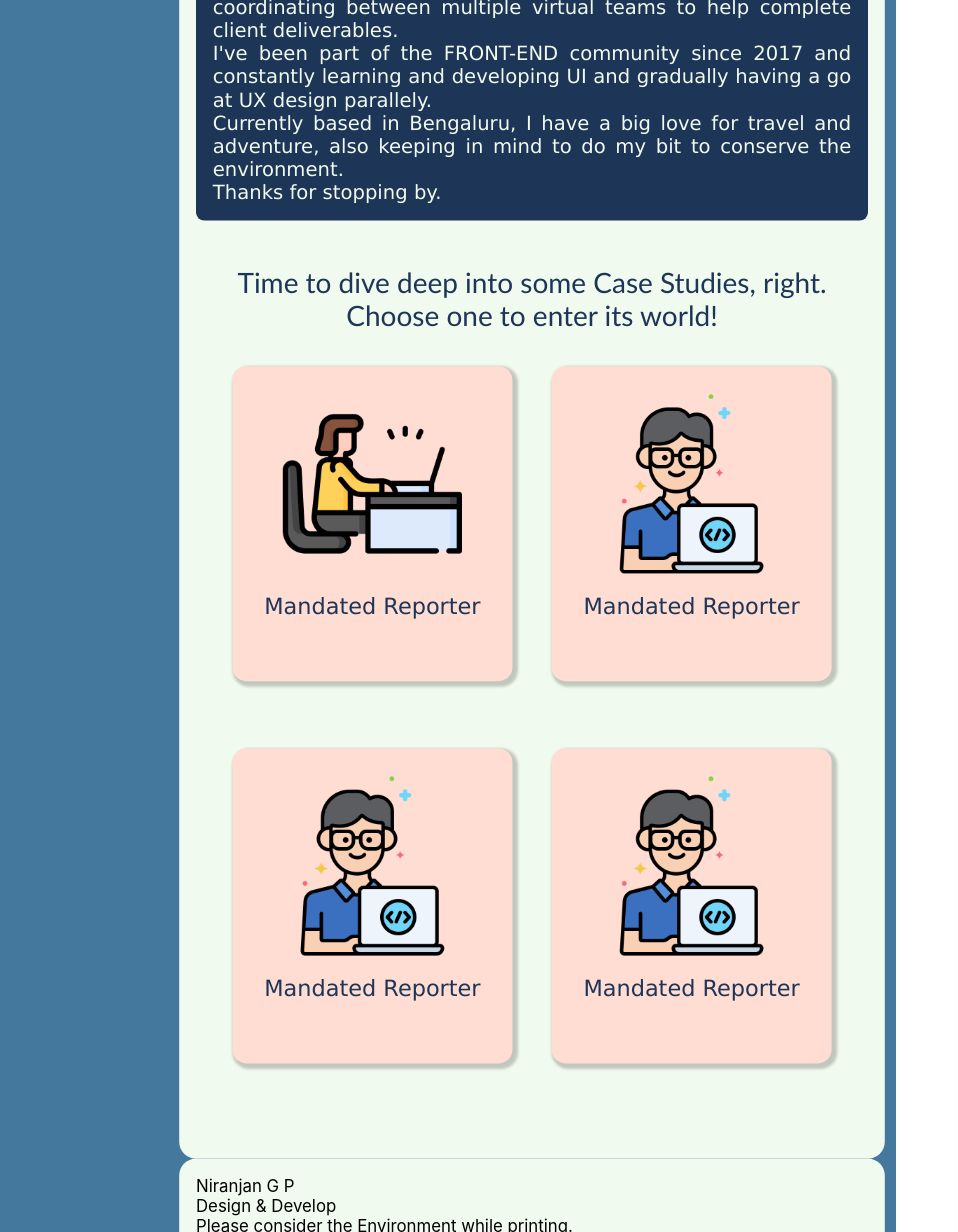
Repository: niranjangp/portfolioReact
Page: /
An editor plug-in stored every save of this project. The page is shown before and after the next save, followed by the edit.
The browser window is 1280 px wide. The page is 1368 px wide, so the pictures cover 1368 px, including what lies to the right of the window. The pictures show the part of the page from y = 773 to 2533 px (the page is 2583 px tall), at 70% of full size.
The project was rebuilt for these pictures with package versions that can differ from the ones it lists, and the page was loaded fresh each time. Also part of the build but not shown: src/pages/csOne.jsx, src/pages/notFound.jsx.

Above is the page before, as saved 2022-02-01 00:28:51.

After the next save:
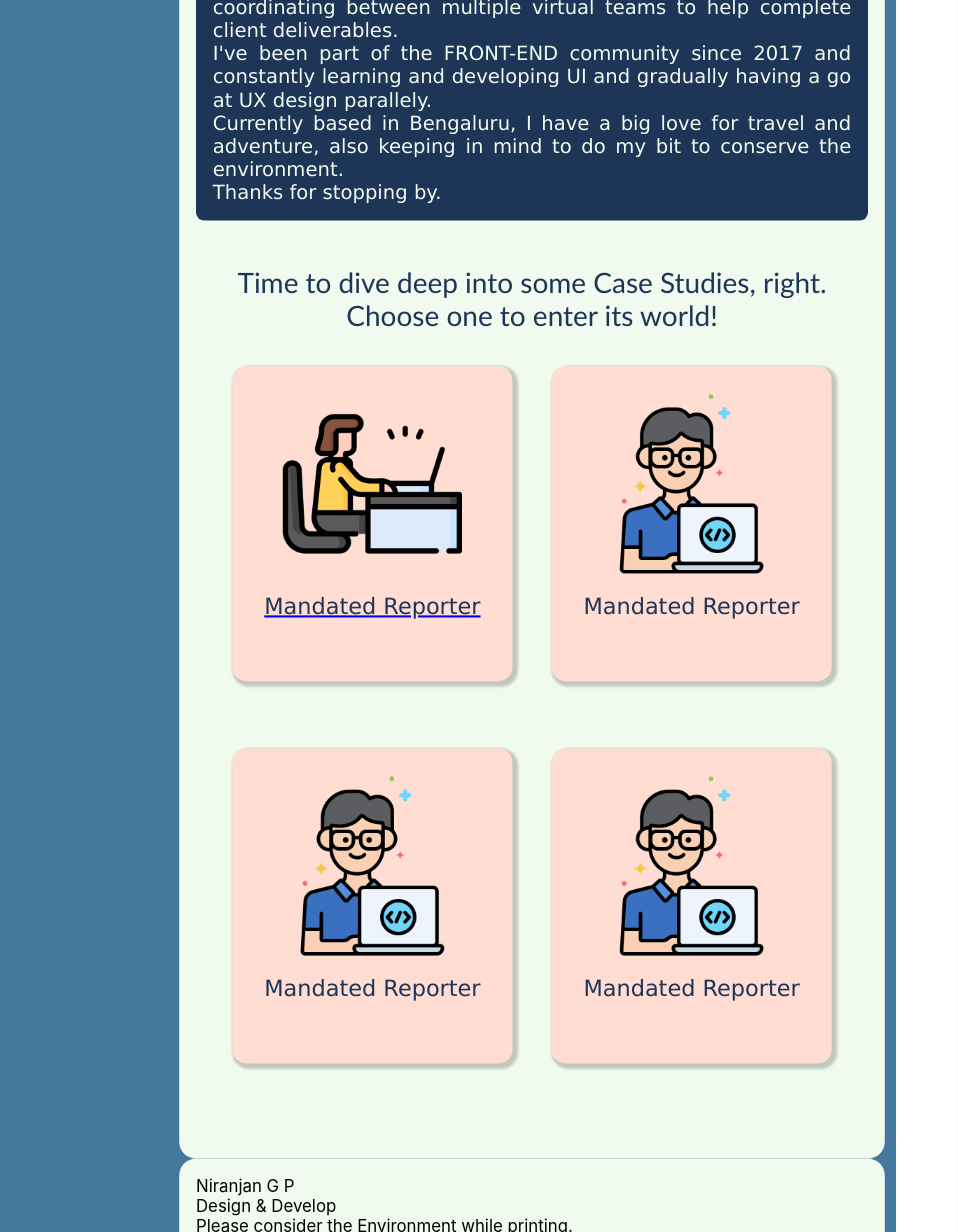
Saved 2 min 10 s later.
--- a/src/pages/enterDesign.jsx
+++ b/src/pages/enterDesign.jsx
@@ -1,6 +1,8 @@
 import React from 'react';
 import Icons from '../assets/programmer.png';
 import WorkingIcon from '../assets/working.png';
+import { Link } from 'react-router-dom';
+
 
 const enterDesign = () => {
     const avatarIcon = Icons;
@@ -36,10 +38,12 @@ const enterDesign = () => {
                     <p>Choose one to enter its world!</p>
                 </div>
                 <div className='card-box'>
-                    <div className="card" onClick={navtoCardDet} id="">
-                        <img src={WorkingIcon} alt="card-icon" className='card-icon' />
-                        <p>Mandated Reporter</p>
-                        {/*<p>Click to Enter!!!</p>*/}
+                    <div className="card">
+                        <Link to="/cs-one">
+                            <img src={WorkingIcon} alt="card-icon" className='card-icon' />
+                            <p>Mandated Reporter</p>
+                            {/*<p>Click to Enter!!!</p>*/}
+                        </Link>
                     </div>
                 </div>
                 <div className='card-box'>

After the save that followed:
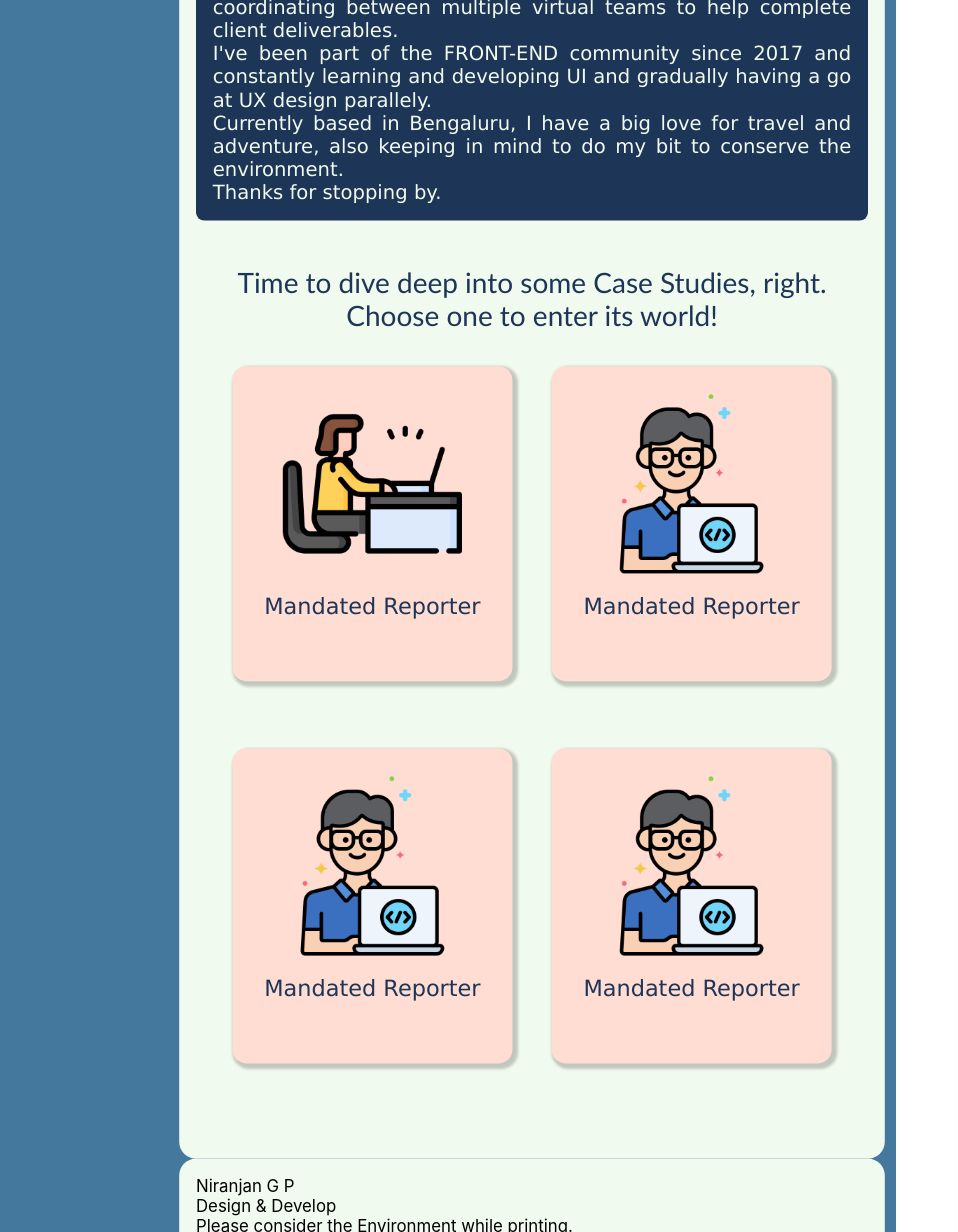
Saved 77 s later.
--- a/src/App.css
+++ b/src/App.css
@@ -93,6 +93,10 @@
   cursor: pointer;
 }
 
+.card a {
+  text-decoration: none;
+}
+
 .card p {
   font-size: 32px;
   padding: 24px;
